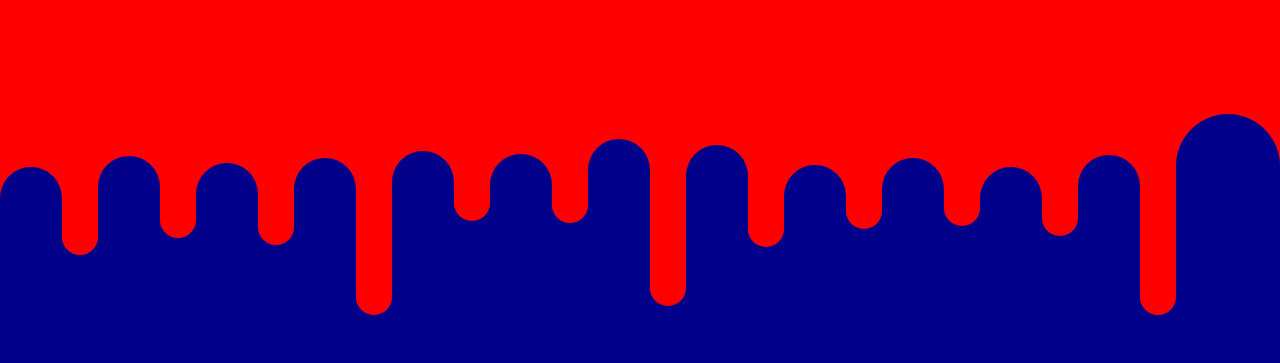
Repository: l-ollie/drip
Page: index.html
An editor plug-in stored every save of this project. The page is shown before and after the next save, followed by the edit.
The browser window is 1280 px wide. The pictures show the whole page.

Above is the page before, as saved 2022-06-30 18:46:00.

### index.html
<!DOCTYPE html>
<!--[if lt IE 7]>      <html class="no-js lt-ie9 lt-ie8 lt-ie7"> <![endif]-->
<!--[if IE 7]>         <html class="no-js lt-ie9 lt-ie8"> <![endif]-->
<!--[if IE 8]>         <html class="no-js lt-ie9"> <![endif]-->
<!--[if gt IE 8]>      <html class="no-js"> <!--<![endif]-->
<html>
    <head>
        <meta charset="utf-8">
        <meta http-equiv="X-UA-Compatible" content="IE=edge">
        <title>Drip</title>
        <meta name="description" content="">
        <meta name="viewport" content="width=device-width, initial-scale=1">
        <link rel="stylesheet" href="assets/style.css">
    </head>
    <body>
        <!--[if lt IE 7]>
            <p class="browsehappy">You are using an <strong>outdated</strong> browser. Please <a href="#">upgrade your browser</a> to improve your experience.</p>
        <![endif]-->
        <div id="container">
            <!-- <svg width="100%" height="100%" xmlns="http://www.w3.org/2000/svg">
                <style>


                    .point-cursor { cursor: pointer; } /* specific elements */
                  </style>

                <path id="drip1"   class="point-cursor" d="M 0 0 v 100 a 50 50 1 0 0 100 0 v -100 Z"  fill="red">
                    <animate

                    id="dripAnim1"
                    attributeName="d"
                    dur="0.5"
                    type="translate"
                    begin="indefinite; "
                    repeatCount="1"
                    calcMode="spline"
                    keySplines=".21,.3,.01,.98"
                    values="M 0 0 v 100 a 50 50 1 0 0 100 0 v -100 Z ; M 0 0 v 100 a 50 50 1 0 0 100 0 v -100 Z"
                    />
                </path>



                <path id="ball1" d="M 100 0 v 100 a 50 50 0 0 1 100 0 v -100 Z"  fill="red">
                <animate
                id="anim1"
                attributeName="d"
                from="M 100 0 v 100 a 50 50 0 0 1 100 0 v -100 Z"
                to="M 100 0 v 200 a 50 50 0 0 1 100 0 v -200 Z"
                dur="1"
                type="translate"
                begin="0s; "
                repeatCount="1"
                fill="freeze"
                calcMode="spline"
                keySplines="0.4 0 0.2 1"
                values="
                M 100 0 v 200 a 50 50 0 0 1 100 0 v -200 Z
                ;
                M 100 0 v 100 a 50 50 0 0 1 100 0 v -100 Z
                "
                />
                <!-- <animate
                id="anim2"
                attributeName="d"
                from="M 100 0 v 200
                a 50 50 0 0 1 100 0
                v -200 Z"
                to="M 100 0 v 100
                a 50 50 0 0 1 100 0
                v -100 Z"
                dur="1"
                type="translate"
                begin="anim1.end"
                easing="ease-in-out"
                /> -->
                <!-- </path>

              </svg>  -->
        </div>

        <script src="drip.js" async defer></script>
    </body>
</html>

### assets/style.css
body{
    margin: 0px;
    background-color:darkblue;
}

#container{
    height: 90vh;
}
#dripperSvg{
    filter: drop-shadow(1px 5px 3px #000);
}

.point-cursor { cursor: pointer; }

### drip.js
// svg.appendChild(r);
// @ts-check

function makeSVG() {
	const amount = 25;
	// const width = 50;
	const height = 200;
	let currentXPos = 0;

	const windowWidth = window.innerWidth;
	const pathWidth = Math.ceil(windowWidth / amount);

	let svgElement = document.createElementNS('http://www.w3.org/2000/svg', 'svg');
	svgElement.setAttributeNS(null, 'width', '100%');
	svgElement.setAttributeNS(null, 'height', '100%');

	for (let i = 0; i < amount; i++) {
		svgElement.appendChild(lowDrip(pathWidth, height, i));
	}
	document.getElementById('container').appendChild(svgElement);

	////////////////////////////////
	function lowDrip(width, height, i) {
		const dripLow = '1 0 0';
		const dripHigh = '0 0 1';
		let isLow;
		let arc;
		const idNames = [ 'drip', 'curve' ];
		let idName;
		let random = Math.random() * 50;

		if (i % 2 !== 0) {
			isLow = true;
			arc = dripLow;
			width = Math.round(width * 0.7);
			if (random > 40) random *= 2;
			height = Math.ceil(height + random);
		} else {
			isLow = false;
			arc = dripHigh;
			width = Math.round(width * 1.2);
			height = Math.ceil(height - random);
		}
		if (i === amount - 1) {
			width = windowWidth - currentXPos;
		}

		function setAttributeNSForSvg(createElement, attributes, pathElement) {
			let _svg = document.createElementNS('http://www.w3.org/2000/svg', createElement);
			const halfWidth = Math.ceil(width / 2);
			const _singlePath = `M ${currentXPos} 0 v ${height} a ${halfWidth} ${halfWidth} ${arc} ${width} 0 v -${height} Z`;

			for (let y = 0; y < attributes.length; y++) {
				_svg.setAttributeNS(null, attributes[y][0], attributes[y][1]);
			}
			if (_svg.tagName.toLowerCase() === 'path') {
				_svg.setAttributeNS(null, 'd', `${_singlePath}`);

				console.log(`path = ${_singlePath}`);
				currentXPos += width;
				return _svg;
			} else {
				console.log(`animate = ${_singlePath}`);
				const _copiedPath = getPathFromSvg(pathElement.getAttributeNS(null, 'd'));
				_svg.setAttributeNS(null, 'values', `${_copiedPath} ; ${_copiedPath}`);

				return _svg;
			}
		}

		const attributesDripPath = [ [ 'id', `${isLow ? idNames[0] : idNames[1]}${i}` ], [ 'fill', 'red' ] ];
		let _path = setAttributeNSForSvg('path', attributesDripPath);
		// if (isLow) console.log('adding cursur to ' + `${_path.getAttributeNS(null, 'id')}`);

		if (isLow === false) {
			return _path;
		} else {
			_path.setAttributeNS(null, 'class', 'point-cursor');
			const attributesDripAnim = [
				[ 'id', `dripAnim${i}` ],
				[ 'attributeName', 'd' ],
				[ 'dur', '0.3' ],
				[ 'type', 'translate' ],
				[ 'begin', 'indefinite; ' ],
				[ 'repeatCount', '1' ],
				[ 'calcMode', 'spline' ],
				[ 'keySplines', '.21,.3,.01,.98' ]
			];
			let _anim = setAttributeNSForSvg('animate', attributesDripAnim, _path);
			_path.appendChild(_anim);

			return _path;
		}
	}
}

makeSVG();

function getPathFromSvg(path) {
	const regexPath = /M+ +[0-9]+ +[0-9]+ +v+ +[0-9]+ +a+ +[0-9]+ +[0-9]+ +[0-9]+ +[0-9]+ +[0-9]+ +[0-9]+ +[0-9]+ +v+ +-+[0-9]+ +Z/g;

	let value;
	let values = [];

	while ((value = regexPath.exec(path)) !== null) {
		values.push(value[0]);
	}
	return values;
}

container.onmousedown = function(e) {
	const dripIDRegex = /drip/;
	let el = e.target.correspondingUseElement ? e.target.correspondingUseElement : e.target;
	const elementId = el.getAttributeNS(null, 'id');
	const dripName = dripIDRegex.exec(elementId);
	if (dripName === null) {
		return;
	}
	document.addEventListener('mousemove', onMouseMove);
	const dripNum = /[0-9]+/.exec(elementId);
	const clickBeginYPos = e.pageY;
	let dragLength = 0;
	let pathD = el.getAttribute('d');

	function onMouseMove(e) {
		dragLength = e.pageY - clickBeginYPos;
		el.setAttributeNS(null, 'd', addLength(pathD, dragLength));
	}

	function addLength(oldLength, dragLength) {
		const regex = /v+ +[0-9]+|v+ +-+[0-9]+/g;
		const drippingPoints = oldLength.match(regex);
		const drippingLength = Number(/[0-9]+/.exec(drippingPoints[0]));
		let newDrippingPoints = oldLength.replace(drippingPoints[0], `v ${drippingLength + dragLength}`);
		newDrippingPoints = newDrippingPoints.replace(drippingPoints[1], `v -${drippingLength + dragLength}`);
		return newDrippingPoints;
	}

	onmouseup = function() {
		document.removeEventListener('mousemove', onMouseMove);
		container.onmouseup = null;
		changeAnimation();

		function changeAnimation() {
			if (dragLength === 0) {
				return;
			}
			const animId = Number(/[0-9]+/.exec(elementId));

			const regexPath = /M+ +[0-9]+ +[0-9]+ +v+ +[0-9]+ +a+ +[0-9]+ +[0-9]+ +[0-9]+ +[0-9]+ +[0-9]+ +[0-9]+ +[0-9]+ +v+ +-+[0-9]+ +Z/g;
			let svgAnimation = document.getElementById(`dripAnim${animId}`);
			const valuesProp = svgAnimation.getAttributeNS(null, 'values');

			const values = getPathFromSvg(valuesProp);

			const changedValue = valuesProp.replace(values[0], `${addLength(values[1], dragLength)}`);
			svgAnimation.setAttributeNS(null, 'values', changedValue);
			svgAnimation.beginElement();
			el.setAttributeNS(null, 'd', pathD);
			dragLength = 0;
		}
	};
};

After the next save:
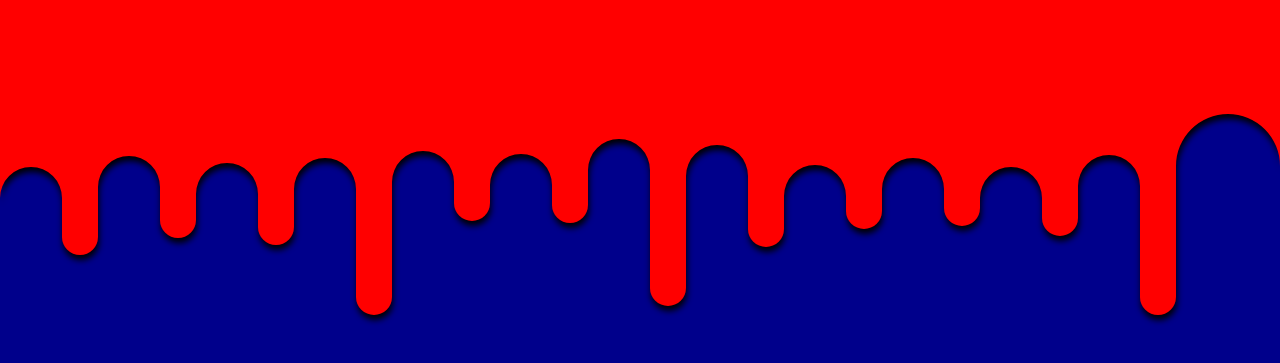
Saved 1 s later.
--- a/drip.js
+++ b/drip.js
@@ -13,6 +13,7 @@ function makeSVG() {
 	let svgElement = document.createElementNS('http://www.w3.org/2000/svg', 'svg');
 	svgElement.setAttributeNS(null, 'width', '100%');
 	svgElement.setAttributeNS(null, 'height', '100%');
+	svgElement.setAttributeNS(null, 'id', 'dripperSvg');
 
 	for (let i = 0; i < amount; i++) {
 		svgElement.appendChild(lowDrip(pathWidth, height, i));
